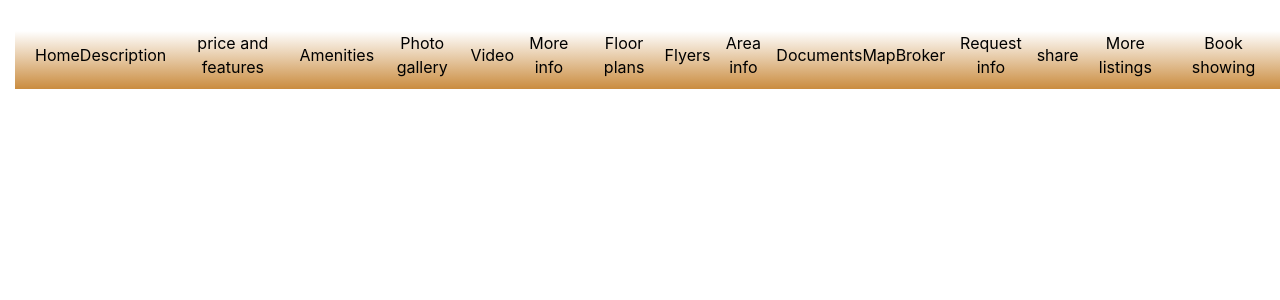
Repository: TMuse333/real-estate-landingpage
Page: /
An editor plug-in stored every save of this project. The page is shown before and after the next save, followed by the edit.
The browser window is 1280 px wide. The pictures show the whole page.
The project was rebuilt for these pictures with package versions that can differ from the ones it lists, and the page was loaded fresh each time. Also part of the build but not shown: vite.config.js.

Above is the page before, as saved 2023-09-19 16:10:36.

After the next save:
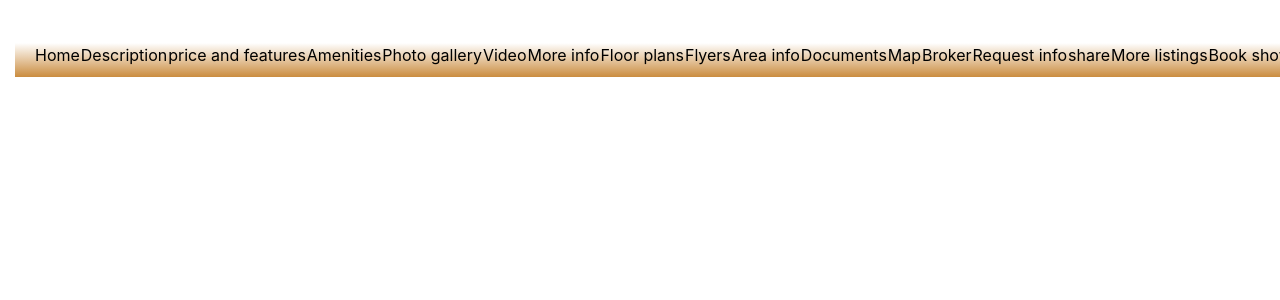
Saved 7 s later.
--- a/src/App.css
+++ b/src/App.css
@@ -54,7 +54,7 @@ gap:10px;
 
    .list-container {
     position: absolute;
-    display: flex;
+    display: grid;
     flex-direction: row;
     justify-content: space-between;
     left: 50%; /* Set the left position to the center of the parent container */
